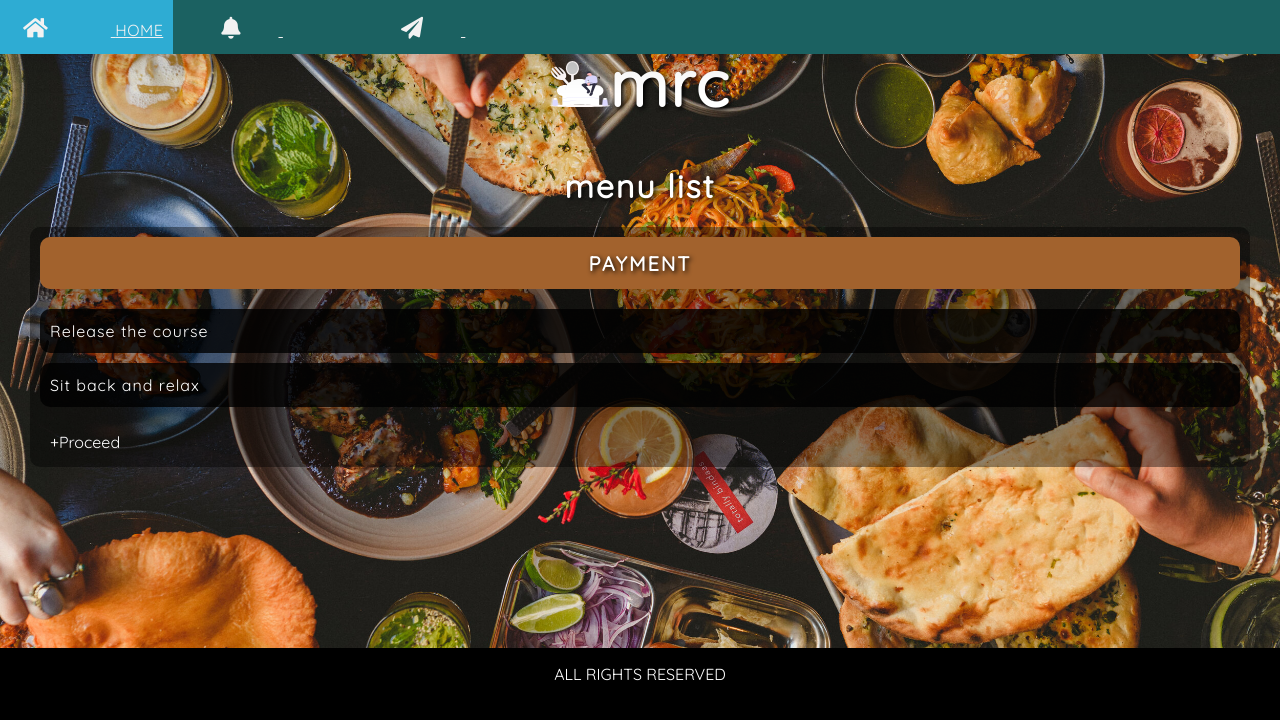
Repository: Anasooya2601/drag-and-drop
Page: home.html
The author's editor kept a copy of each file at every save. The page is drawn from the files as they stood at one save, then again after the next save.
The browser window is 1280 px wide. The pictures show the whole page.
Some web libraries are served in a nearby version.

Above is the page before, as saved 2021-02-15 23:30:26.
Console error: TypeError: Cannot set properties of null (setting 'textContent')

### home.html
<!DOCTYPE html>
<html lang="en">
<head>
    <meta charset="UTF-8">
    <meta name="viewport" content="width=device-width, initial-scale=1.0">
    <title>mrc</title>
    <link rel="icon" type="image/png" href="favicon.png">
    <link rel="stylesheet" href="style.css">
    <link rel="stylesheet"
      href="https://use.fontawesome.com/releases/v5.8.1/css/all.css"
      integrity="sha384-50oBUHEmvpQ+1lW4y57PTFmhCaXp0ML5d60M1M7uH2+nqUivzIebhndOJK28anvf"
      crossorigin="anonymous">
</head>
<body>
    <h1 class="main-title1"> <img src="mrc.svg" width="60px" alt="" srcset="">mrc</h1>

    <h1 class="main-title">menu list</h1>
    <!-- NAV -->
<nav>
    <ul>
        <li>
            <a href="#">
                <i class="fas fa-home"></i>
                <span>HOME</span>
            </a>
        </li>
        <li>
            <a href="alerts.html">
                <i class="fas fa-bell"></i>
                <span>ALERTS</span>
            </a>
        </li>
        <li>
            <a href="chat.html">
                <i class="fas fa-paper-plane"></i>
                <span>CHAT</span>
            </a>
        </li>
    </ul>
</nav>
<div class="drag-container">
    <ul class="drag-list">
        <!-- Backlog Column -->
        <li class="drag-column backlog-column">
            <span class="header">
                <h1>PAYMENT</h1>
            </span>
            <!-- Backlog Content -->
            <div id="backlog-content" class="custom-scroll">
                <ul class="drag-item-list" id="backlog-list" ondrop="drop(event)" ondragover="allowDrop(event)" ondragenter="dragEnter(0)"></ul>
            </div>
            <!-- Add Button Group -->
            <div class="add-btn-group">
              <div class="add-btn " onclick="showInputBox(1)>
              <span class="plus-sign">+</span>
                    <span>Proceed</span>
                </div>


            </div>









        </li>
    </ul>
</div>
















    <!-- FOOTER -->
    <div class="footer">
        <p>ALL RIGHTS RESERVED</p>
      </div>
        <!-- Script -->
        <script src="script.js"></script>
</body>
</html>

### style.css
/* Trees Image - Pexels: https://www.pexels.com/photo/photo-of-trees-in-forest-3801030/ */
@import url("https://fonts.googleapis.com/css?family=Quicksand&display=swap");

html {
  box-sizing: border-box;
}

:root {
  --column-1: #a2622d;
  --column-2: #1b6161;
  --column-3: #248224;
  --column-4: #a22d22;
}

body {
  margin: 0;
  background: url("./mrc.jpg");
  background-size: cover;
  background-position: 50% 60%;
  background-attachment: fixed;
  color: white;
  font-family: Quicksand, sans-serif;
  overflow-y: hidden;
}
nav{
  top: 0px;
  position:fixed;
  display:flex;
  background:#1b6161;
  height:7.5%;
  width: 100%;
  line-height:60px;
  overflow: hidden;
  box-shadow:0 0 40px rgba(0, 0, 0, 0.2);
}
nav ul{
  display: flex;
  text-align: center;
}
nav ul li{
  cursor: pointer;
  height: 100%;
  padding: 0 10px;
  transition: .4s;
}
nav ul li:hover{background:#2eacd3;}
nav ul li a{color: #f2f2f2;}
nav ul li a span{
  position:obsolute;
  letter-spacing:.5px;
  transform: translateX(-70px);
  opacity: 0;
  pointer-events: none;
  transition: .4s all;
}
nav ul li a i{
  font-size: 22px;
  margin: 0 38px;
  transition: .4s all;
}
nav ul li:hover a span{
  transform: translateX(-55px);
  opacity: 1;
  pointer-events: visible;
}
nav ul li:hover a i{transform: translateX(-25px);}
h1 {
  letter-spacing: 2px;
  text-shadow: 2px 2px 5px black;
}

.main-title {
  text-align: center;
  font-size: 3rem;
}
.main-title1 {
  text-align: center;
  font-size: 4rem;
}

ul {
  list-style-type: none;
  margin: 0;
  padding: 0;
}

.drag-container {
  margin: 20px;
}

.drag-list {
  display: flex;
  align-items: flex-start;
}

/* Columns */
.drag-column {
flex: 1;
  margin: 0 10px;
  position: relative;
  background-color: rgba(0, 0, 0, 0.4);
  border-radius: 10px;
  overflow-x: hidden;
}

.backlog-column .header,
.backlog-column .solid,
.backlog-column .solid:hover,
.backlog-column .over {
  background-color: var(--column-1);
}

.progress-column .header,
.progress-column .solid,
.progress-column .solid:hover,
.progress-column .over {
  background-color: var(--column-2);
}

.complete-column .header,
.complete-column .solid,
.complete-column .solid:hover,
.complete-column .over {
  background-color: var(--column-3);
}

.on-hold-column .header,
.on-hold-column .solid,
.on-hold-column .solid:hover,
.on-hold-column .over {
  background-color: var(--column-4);
}

/* Custom Scrollbar */
.custom-scroll {
  overflow-y: auto;
  max-height: 75vh;
}

.custom-scroll::-webkit-scrollbar-track {
  box-shadow: inset 0 0 6px rgba(0, 0, 0, 0.4);
  border-radius: 10px;
  background-color: rgba(255, 255, 255, 0.3);
  margin-right: 5px;
}

.custom-scroll::-webkit-scrollbar {
  width: 10px;
}

.custom-scroll::-webkit-scrollbar-thumb {
  border-radius: 10px;
  box-shadow: inset 0 0 6px rgba(0, 0, 0, 0.3);
  background-color: rgba(0, 0, 0, 0.8);
}

.header {
  display: flex;
  justify-content: center;
  border-radius: 10px;
  margin: 10px;
}

.header h1 {
  font-size: 1.25rem;
}

/* Drag and Drop */
.over {
  padding: 50px 10px;
}

.drag-item-list {
  min-height: 50px;
}

.drag-item {
  margin: 10px;
  padding: 10px;
  height: fit-content;
  background-color: rgba(0, 0, 0, 0.8);
  border-radius: 10px;
  line-height: 1.5rem;
  letter-spacing: 1px;
  cursor: pointer;
}

.drag-item:focus {
  outline: none;
  background-color: white;
  color: black;
}

/* Add Button Group */
.add-btn-group {
  display: flex;
  justify-content: space-between;
}

.add-btn {
  margin: 10px;
  padding: 5px 10px;
  display: flex;
  align-items: center;
  cursor: pointer;
  width: fit-content;
  border-radius: 5px;
  transition: all 0.3s ease-in;
  user-select: none;
}

.add-btn:hover {
  background-color: rgba(255, 255, 255, 0.9);
  color: black;
}

.add-btn:active {
  transform: scale(0.97);
}

.solid {
  display: none;
}

.solid:hover {
  transition: unset;
  filter: brightness(95%);
  color: white;
}

.plus-sign {
  font-size: 1.5rem;
  margin-right: 5px;
  position: relative;
  top: -3px;
}

.add-container {
  margin: 10px;
  padding: 5px 10px;
  border-radius: 10px;
  background-color: rgba(255, 255, 255, 0.9);
  min-height: 100px;
  display: none;
}

.add-item {
  width: 100%;
  min-height: 100px;
  height: auto;
  background-color: white;
  border-radius: 10px;
  margin: 5px auto;
  resize: none;
  color: black;
  padding: 10px;
}

.add-item:focus {
  outline: none;
}

/* Media Query: Laptop */
@media screen and (max-width: 1800px) {
  .main-title {
    font-size: 2rem;
  }
}

/* Media Query: Large Smartphone (Vertical) */
@media screen and (max-width: 600px) {
  body {
    overflow-y: auto;
  }

  .drag-container {
    margin: 0;
  }

  .drag-list {
    display: block;
  }

  .drag-column {
    margin: 10px;
  }
}

.footer {
  position: fixed;
  left: 0;
  bottom: 0;
  width: 100%;
  height: 10%;
  background-color: black;
  color: white;
  position: flex;
  text-align: center;
}

### script.js
const addBtns = document.querySelectorAll('.add-btn:not(.solid)');
const saveItemBtns = document.querySelectorAll('.solid');
const addItemContainers = document.querySelectorAll('.add-container');
const addItems = document.querySelectorAll('.add-item');
// Item Lists
const listColumns = document.querySelectorAll('.drag-item-list');
const backlogListEl = document.getElementById('backlog-list');
const progressListEl = document.getElementById('progress-list');
const completeListEl = document.getElementById('complete-list');
const onHoldListEl = document.getElementById('on-hold-list');

// Items
let updatedOnLoad = false;

// Initialize Arrays
let backlogListArray = [];
let progressListArray = [];
let completeListArray = [];
let onHoldListArray = [];
let listArrays = [];

// Drag Functionality
let draggedItem;
let dragging = false;
let currentColumn;

// Get Arrays from localStorage if available, set default values if not
function getSavedColumns() {
  if (localStorage.getItem('backlogItems')) {
    backlogListArray = JSON.parse(localStorage.backlogItems);
    progressListArray = JSON.parse(localStorage.progressItems);
    completeListArray = JSON.parse(localStorage.completeItems);
    onHoldListArray = JSON.parse(localStorage.onHoldItems);
  } else {
    backlogListArray = ['Release the course', 'Sit back and relax'];
    progressListArray = ['Work on projects', 'Listen to music'];
    completeListArray = ['Being cool', 'Getting stuff done'];
    onHoldListArray = ['Being uncool'];
  }
}

// Set localStorage Arrays
function updateSavedColumns() {
  listArrays = [backlogListArray, progressListArray, completeListArray, onHoldListArray];
  const arrayNames = ['backlog', 'progress', 'complete', 'onHold'];
  arrayNames.forEach((arrayName, index) => {
    localStorage.setItem(`${arrayName}Items`, JSON.stringify(listArrays[index]));
  });
}

// Filter Array to remove empty values
function filterArray(array) {
  const filteredArray = array.filter(item => item !== null);
  return filteredArray;
}

// Create DOM Elements for each list item
function createItemEl(columnEl, column, item, index) {
  // List Item
  const listEl = document.createElement('li');
  listEl.textContent = item;
  listEl.id = index;
  listEl.classList.add('drag-item');
  listEl.draggable = true;
  listEl.setAttribute('onfocusout', `updateItem(${index}, ${column})`);
  listEl.setAttribute('ondragstart', 'drag(event)');
  listEl.contentEditable = true;
  // Append
  columnEl.appendChild(listEl);
}

// Update Columns in DOM - Reset HTML, Filter Array, Update localStorage
function updateDOM() {
  // Check localStorage once
  if (!updatedOnLoad) {
    getSavedColumns();
  }
  // Backlog Column
  backlogListEl.textContent = '';
  backlogListArray.forEach((backlogItem, index) => {
    createItemEl(backlogListEl, 0, backlogItem, index);
  });
  backlogListArray = filterArray(backlogListArray);
  // Progress Column
  progressListEl.textContent = '';
  progressListArray.forEach((progressItem, index) => {
    createItemEl(progressListEl, 1, progressItem, index);
  });
  progressListArray = filterArray(progressListArray);
  // Complete Column
  completeListEl.textContent = '';
  completeListArray.forEach((completeItem, index) => {
    createItemEl(completeListEl, 2, completeItem, index);
  });
  completeListArray = filterArray(completeListArray);
  // On Hold Column
  onHoldListEl.textContent = '';
  onHoldListArray.forEach((onHoldItem, index) => {
    createItemEl(onHoldListEl, 3, onHoldItem, index);
  });
  onHoldListArray = filterArray(onHoldListArray);
  // Don't run more than once, Update Local Storage
  updatedOnLoad = true;
  updateSavedColumns();
}

// Update Item - Delete if necessary, or update Array value
function updateItem(id, column) {
  const selectedArray = listArrays[column];
  const selectedColumn = listColumns[column].children;
  if (!dragging) {
    if (!selectedColumn[id].textContent) {
      delete selectedArray[id];
    } else {
      selectedArray[id] = selectedColumn[id].textContent;
    }
    updateDOM();
  }
}

// Add to Column List, Reset Textbox
function addToColumn(column) {
  const itemText = addItems[column].textContent;
  const selectedArray = listArrays[column];
  selectedArray.push(itemText);
  addItems[column].textContent = '';
  updateDOM(column);
}

// Show Add Item Input Box
function showInputBox(column) {
  addBtns[column].style.visibility = 'hidden';
  saveItemBtns[column].style.display = 'flex';
  addItemContainers[column].style.display = 'flex';
}

// Hide Item Input Box
function hideInputBox(column) {
  addBtns[column].style.visibility = 'visible';
  saveItemBtns[column].style.display = 'none';
  addItemContainers[column].style.display = 'none';
  addToColumn(column);
}

// Allows arrays to reflect Drag and Drop items
function rebuildArrays() {
  backlogListArray = [];
  for (let i = 0; i < backlogListEl.children.length; i++) {
    backlogListArray.push(backlogListEl.children[i].textContent);
  }
  progressListArray = [];
  for (let i = 0; i < progressListEl.children.length; i++) {
    progressListArray.push(progressListEl.children[i].textContent);
  }
  completeListArray = [];
  for (let i = 0; i < completeListEl.children.length; i++) {
    completeListArray.push(completeListEl.children[i].textContent);
  }
  onHoldListArray = [];
  for (let i = 0; i < onHoldListEl.children.length; i++) {
    onHoldListArray.push(onHoldListEl.children[i].textContent);
  }
  updateDOM();
}

// When Item Enters Column Area
function dragEnter(column) {
  listColumns[column].classList.add('over');
  currentColumn = column;
}

// When Item Starts Dragging
function drag(e) {
  draggedItem = e.target;
  dragging = true;
}

// Column Allows for Item to Drop
function allowDrop(e) {
  e.preventDefault();
}

// Dropping Item in Column
function drop(e) {
  e.preventDefault();
  const parent = listColumns[currentColumn];
  // Remove Background Color/Padding
  listColumns.forEach((column) => {
    column.classList.remove('over');
  });
  // Add item to Column
  parent.appendChild(draggedItem);
  // Dragging complete
  dragging = false;
  rebuildArrays();
}

// On Load
updateDOM();

After the next save:
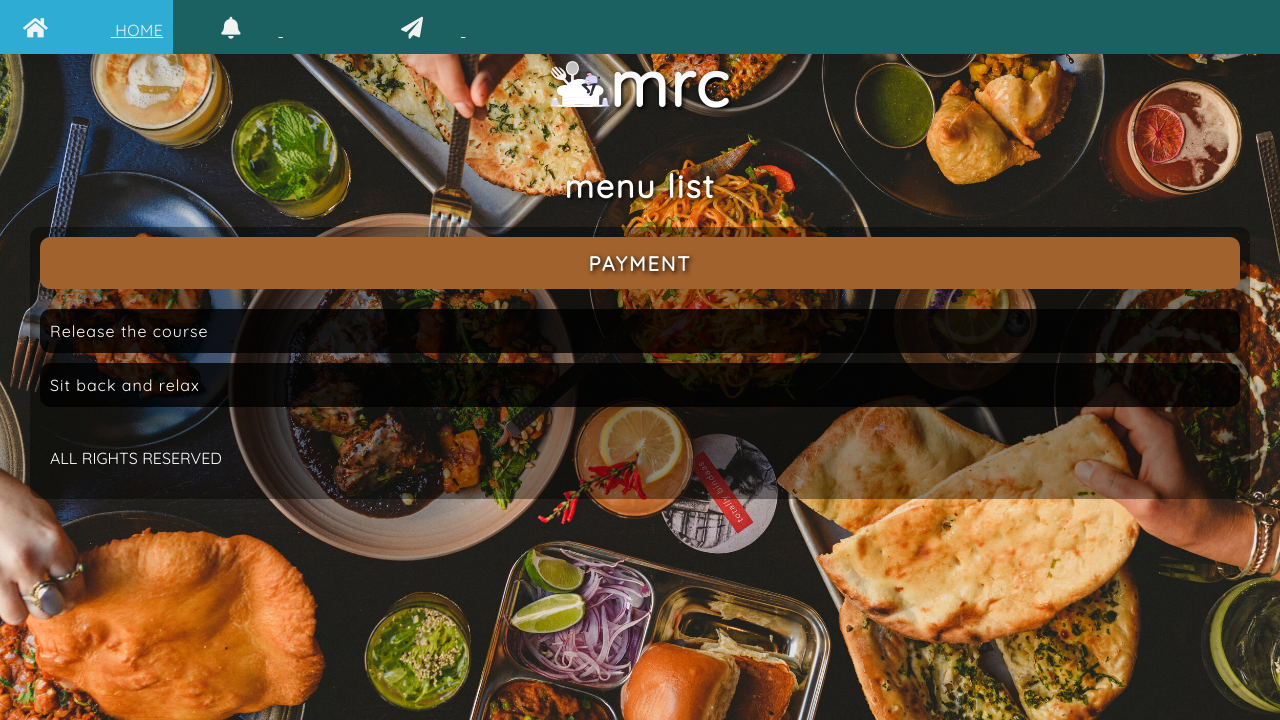
Saved 9 s later.
--- a/home.html
+++ b/home.html
@@ -52,7 +52,7 @@
             <!-- Add Button Group -->
             <div class="add-btn-group">
               <div class="add-btn " onclick="showInputBox(1)>
-              <span class="plus-sign">+</span>
+
                     <span>Proceed</span>
                 </div>
 
